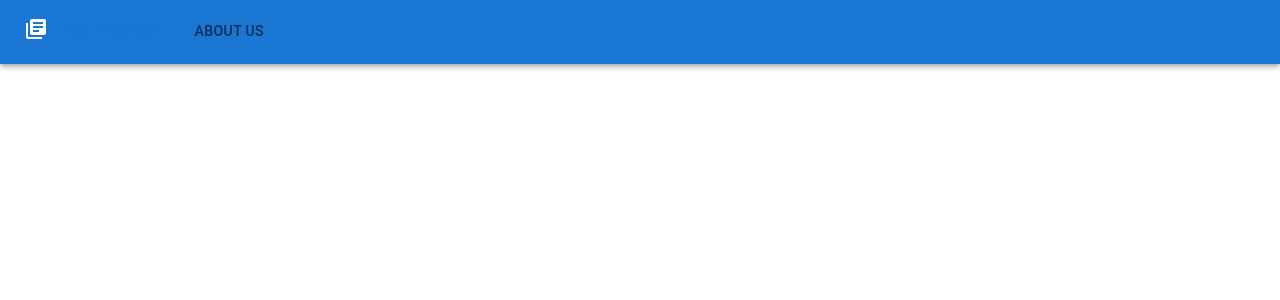
Repository: CydexCode/Book_Store_App-MERN-Stack
Page: /add (app in book-store/)
These files come from the project's save history. The page is drawn as it stood at one moment and after the next save; the edit follows.
The browser window is 1280 px wide. The pictures show the whole page.
The project was rebuilt for these pictures with package versions that can differ from the ones it lists, and the page was loaded fresh each time.

Above is the page before, as saved 2022-09-08 03:20:14.

### book-store/src/App.js
import Header from "./components/Header";

function App() {
  return (
    <div>
    <Header />
    </div>
  );
}

export default App;

### book-store/src/components/Header.js
import React from 'react';
import { AppBar, Tab, Tabs, Toolbar, Typography } from "@mui/material";
import LibraryBooksIcon from '@mui/icons-material/LibraryBooks';
const Header = () => {
  return (
    <div>
      <AppBar position='sticky'>
<Toolbar>
<Typography>
            <LibraryBooksIcon />
            </Typography>

            <Tabs value={0}>
                <Tab label="Add product" />
                <Tab label="About Us" />
            </Tabs>

</Toolbar>
      </AppBar>
    </div>
  );
};

export default Header;

Loaded but not shown: book-store/public/index.html (common file); book-store/src/index.js (common file); book-store/src/index.css (common file)

After the next save:
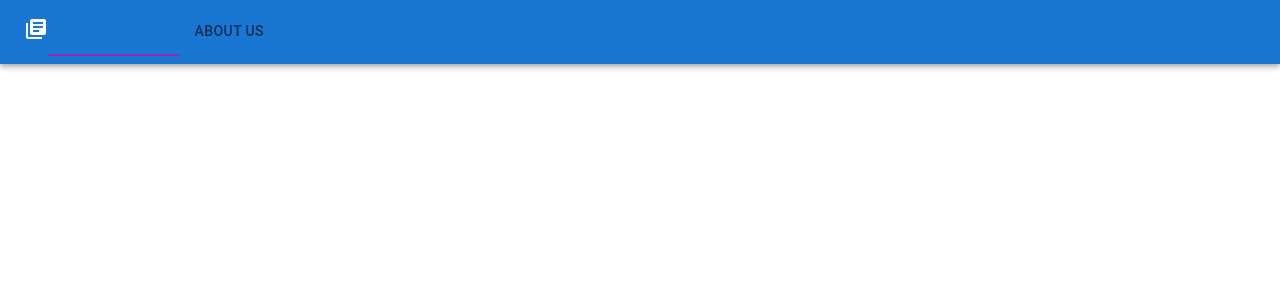
Saved 103 s later.
--- a/book-store/src/components/Header.js
+++ b/book-store/src/components/Header.js
@@ -10,7 +10,7 @@ const Header = () => {
             <LibraryBooksIcon />
             </Typography>
 
-            <Tabs value={0}>
+            <Tabs indicatorColor="secondary" value={0}>
                 <Tab label="Add product" />
                 <Tab label="About Us" />
             </Tabs>
